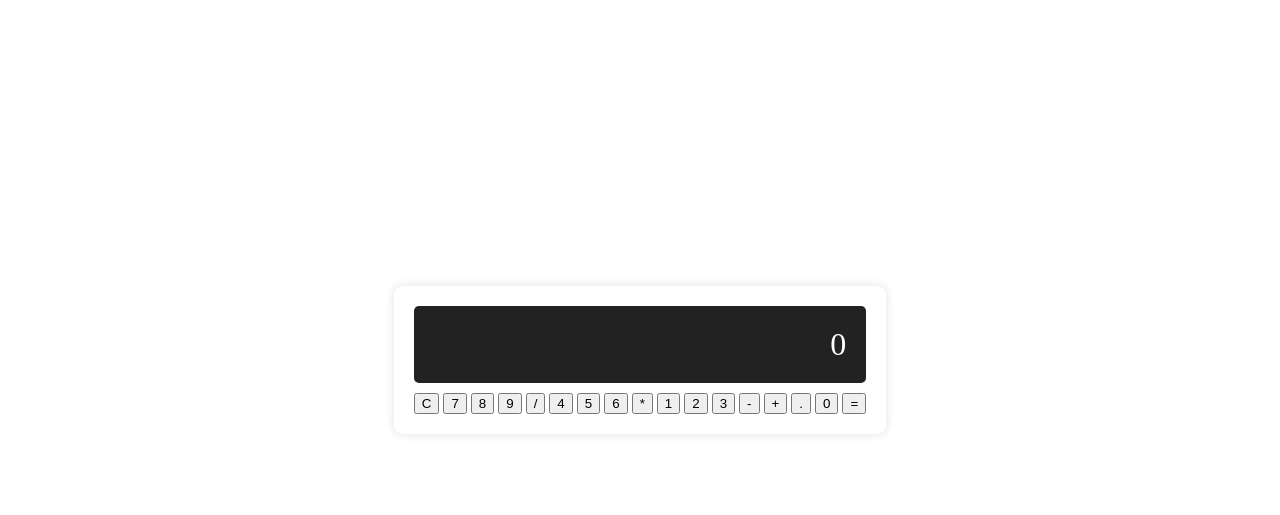
Repository: alizey12/calculator
Page: index.html
These files come from the project's save history. The page is drawn as it stood at one moment and after the next save; the edit follows.
The browser window is 1280 px wide. The pictures show the whole page.

Above is the page before, as saved 2024-11-23 18:44:59.

After the next save:
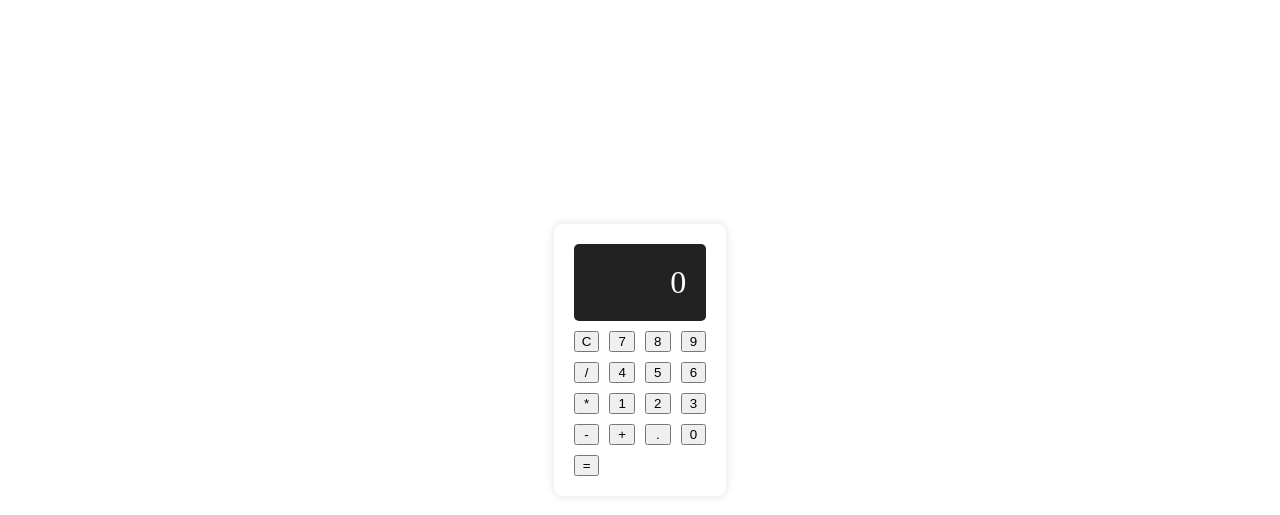
Saved 7 s later.
--- a/styles.css
+++ b/styles.css
@@ -26,12 +26,12 @@ body {
 }
 
 
-/*.buttons {
+.buttons {
     display: grid;
     grid-template-columns: repeat(4, 1fr);
     gap: 10px;
 }
-
+/*
 .btn {
     padding: 20px;
     font-size: 1.5em;
